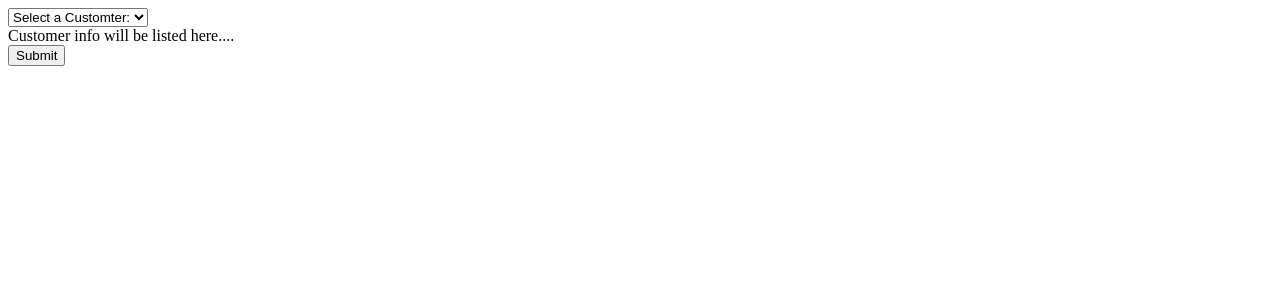
Repository: SravyaChunduri/workspace
Page: http://localhost/AJAXDemo/AddCust.jsp
An editor plug-in stored every save of this project. The page is shown before and after the next save, followed by the edit.
The browser window is 1280 px wide. The pictures show the whole page.
The page is served by Tomcat 9.

Above is the page before, as saved 2015-08-17 07:36:10.

After the next save:
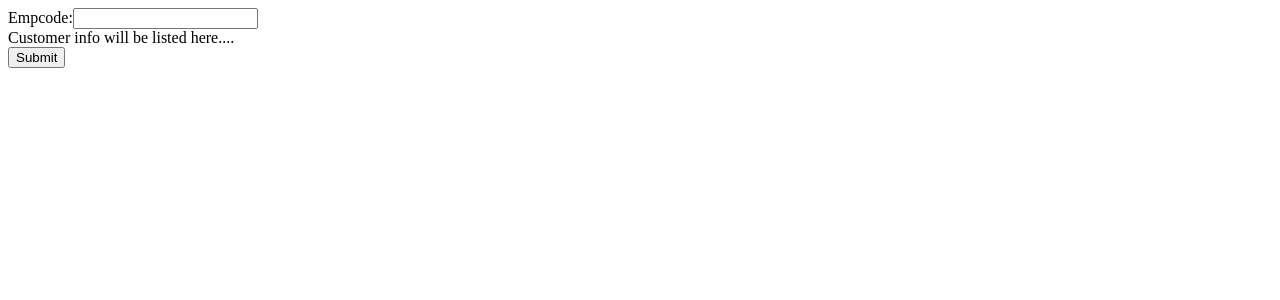
Saved 42 s later.
--- a/AJAXDemo/WebContent/AddCust.jsp
+++ b/AJAXDemo/WebContent/AddCust.jsp
@@ -43,14 +43,8 @@ xmlhttp.send();
 </head>
 <body>
 
-<form action="">
-<select name="customers" onchange="showCustomers(this.value)">
-<option value="">Select a Customter:</option>
-<option value="SCOTT">scott</option>
-<option value="BLAKE">Blake</option>
-<option value="Miller">Miller</option>
-<option value="Turner">Turner</option>
-</select>
+<form action="day15/AddEmployee">
+Empcode:<input type="text" name="code">
 <div id="txtHint">Customer info will be listed here....</div>
 <input type="submit" name="add">
 
